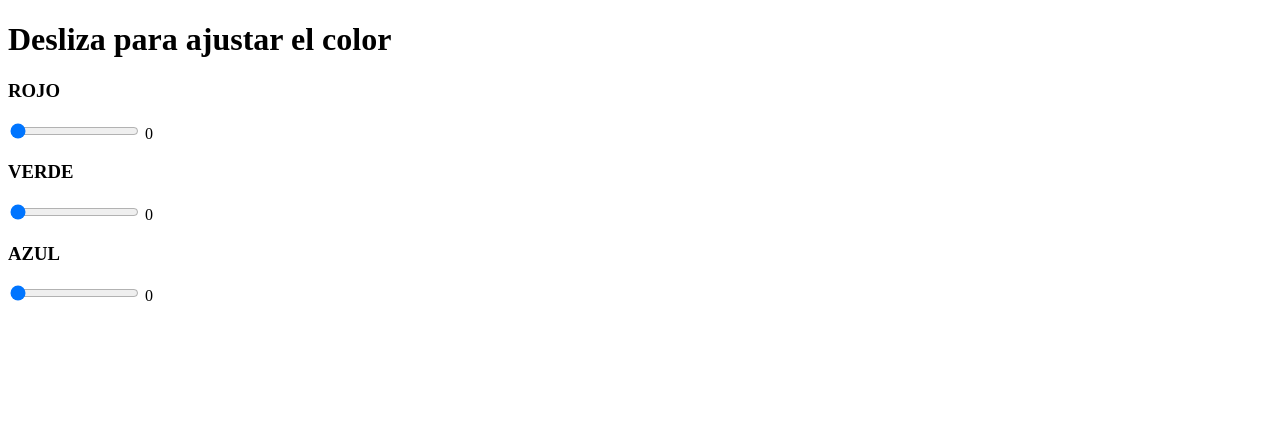
Repository: Kevin8548/Ejercicios-DOM
Page: DeslizadorColor.html
The author's editor kept a copy of each file at every save. The page is drawn from the files as they stood at one save, then again after the next save.
The browser window is 1280 px wide. The pictures show the whole page.

Above is the page before, as saved 2024-10-07 02:06:03.

### DeslizadorColor.html
<!DOCTYPE html>
<html lang="en">
<head>
    <meta charset="UTF-8">
    <meta name="viewport" content="width=device-width, initial-scale=1.0">
    <title>Deslizador para color</title>
</head>
<body>
    <h1>Desliza para ajustar el color</h1>
    <h3>ROJO</h3>
    <input type="range" id="Rojo" min="0" max="255" value="0" step="1" oninput="nuevoColor()">
    <span id="RojoValue">0</span>
    <h3>VERDE</h3>
    <input type="range" id="Verde" min="0" max="255" value="0" step="1" oninput="nuevoColor()">
    <span id="VerdeValue">0</span>
    <h3>AZUL</h3>
    <input type="range" id="Azul" min="0" max="255" value="0" step="1" oninput="nuevoColor()">
    <span id="AzulValue">0</span>

    <script src="./colorsbg/deslizadorColor.js"></script>
</body>
</html>

### colorsbg/deslizadorColor.js
function nuevoColor() {
    const Rojo = document.getElementById('Rojo').value;
    const Verde = document.getElementById('Verde').value;
    const Azul = document.getElementById('Azul').value;

    document.body.style.backgroundColor = `rgb(${Rojo}, ${Verde}, ${Azul})`;

    document.getElementById('RojoValue').innerText = Rojo;
    document.getElementById('VerdeValue').innerText = Verde;
    document.getElementById('AzulValue').innerText = Azul;
}

After the next save:
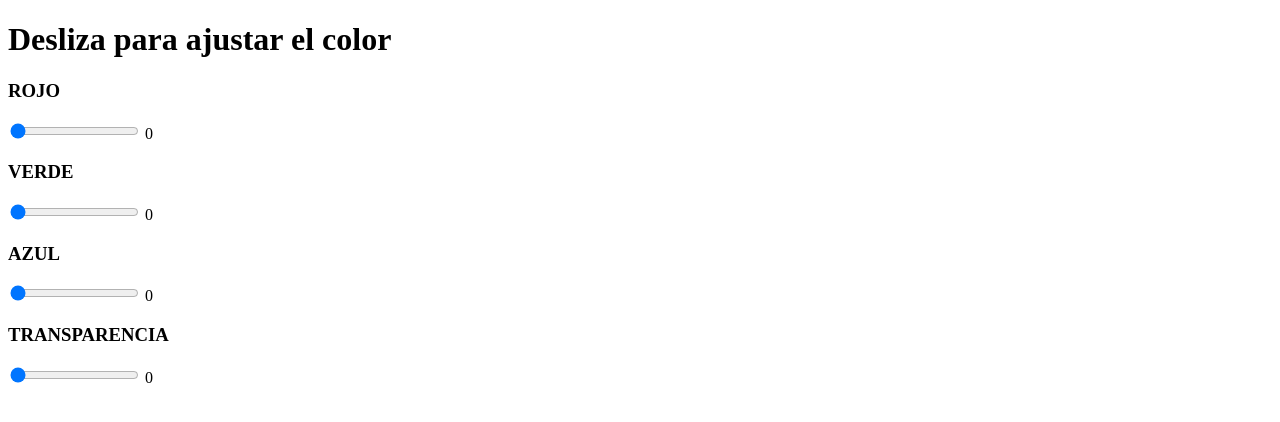
Saved 30 s later.
--- a/DeslizadorColor.html
+++ b/DeslizadorColor.html
@@ -16,6 +16,9 @@
     <h3>AZUL</h3>
     <input type="range" id="Azul" min="0" max="255" value="0" step="1" oninput="nuevoColor()">
     <span id="AzulValue">0</span>
+    <h3>TRANSPARENCIA</h3>
+    <input type="range" id="Azul" min="0" max="255" value="0" step="1" oninput="nuevoColor()">
+    <span id="AzulValue">0</span>
 
     <script src="./colorsbg/deslizadorColor.js"></script>
 </body>
